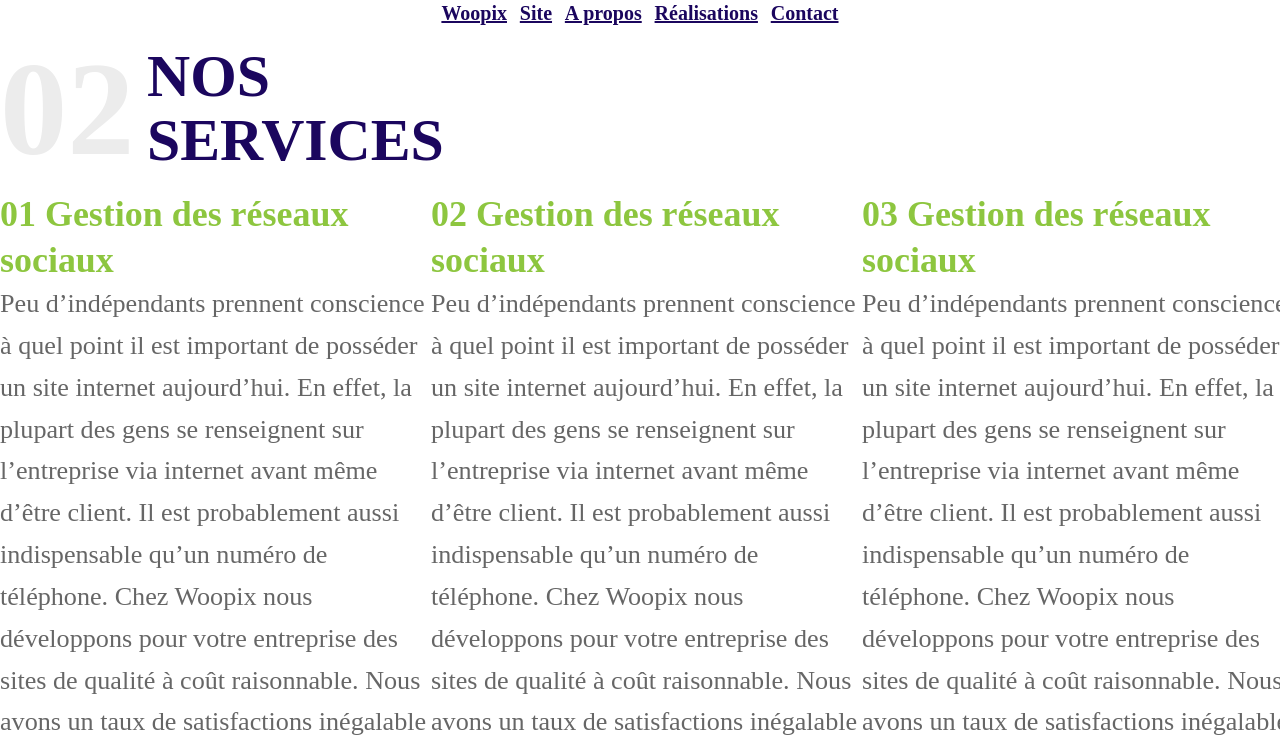
Repository: keloriane/woopix
Page: /woopix/nos-services
An editor plug-in stored every save of this project. The page is shown before and after the next save, followed by the edit.
The browser window is 1280 px wide. The pictures show the whole page.
The project was rebuilt for these pictures with package versions that can differ from the ones it lists, and the page was loaded fresh each time. Also part of the build but not shown: src/pages/Services/components/ServiceItem.js, src/pages/Services/components/ServiceOption.js, src/pages/Services/index.js, src/pages/Home.js, src/global/Container.js, src/pages/About/index.js, src/pages/Portfolio/index.js.

Above is the page before, as saved 2020-09-25 13:34:44.

After the next save:
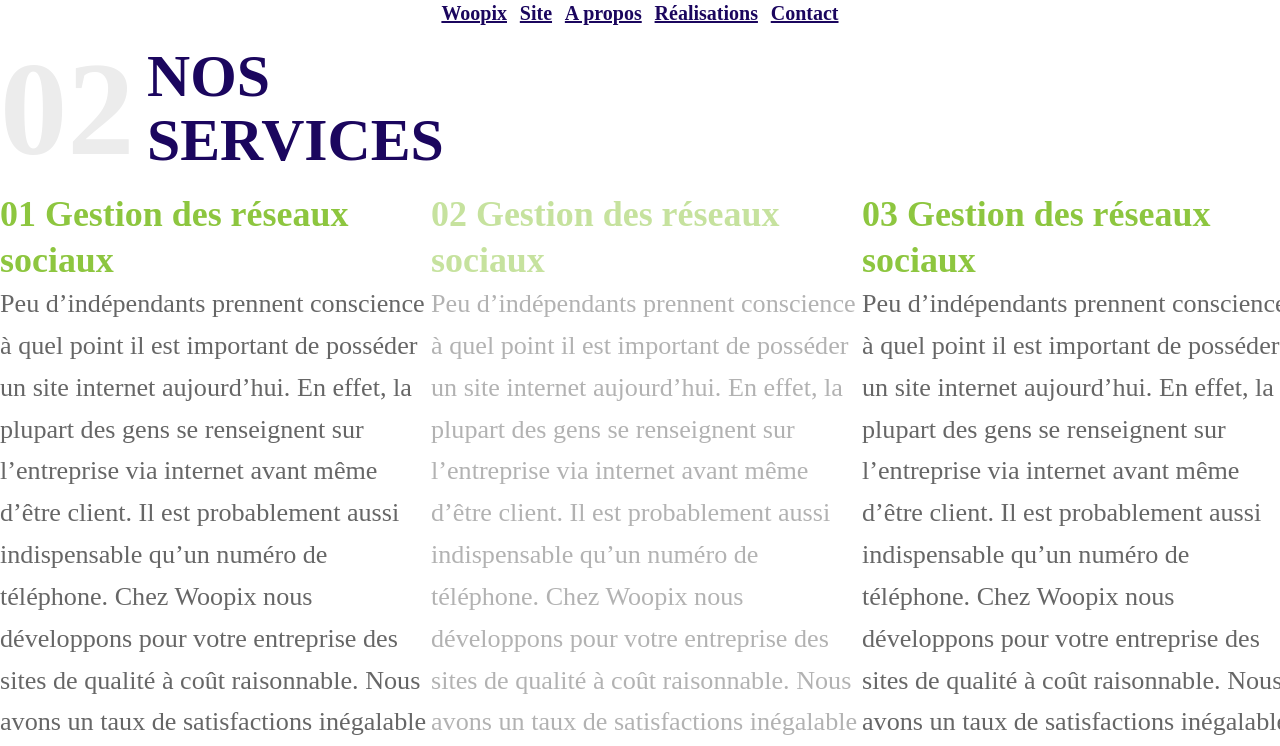
Saved 35 s later.
--- a/src/pages/OurServices/index.js
+++ b/src/pages/OurServices/index.js
@@ -62,9 +62,14 @@
       #our-service {
         .services {
           .slider-container {
-            .swiper-slide {
-              width: 431px;
-              height: 612px;
+            .swiper-wrapper {
+              .swiper-slide-next {
+                opacity: 0.5;
+              }
+              .swiper-slide {
+                width: 431px;
+                height: 612px;
+              }
             }
             .slider-title {
               h3 {
